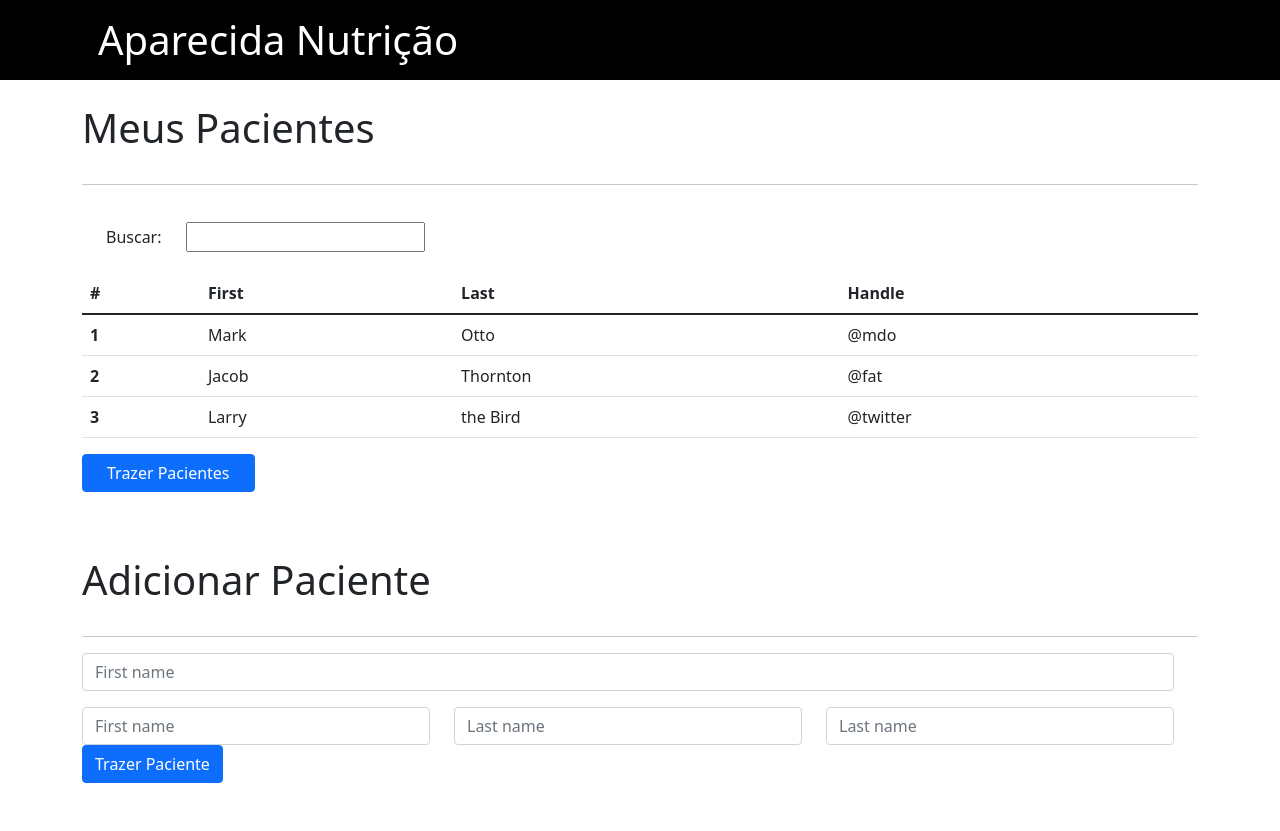
Repository: eversonps/app-paciente
Page: / (app in frontend/)
The author's editor kept a copy of each file at every save. The page is drawn from the files as they stood at one save, then again after the next save.
The browser window is 1280 px wide. The pictures show the whole page.
The project was rebuilt for these pictures with package versions that can differ from the ones it lists, and the page was loaded fresh each time.

Above is the page before, as saved 2022-03-28 14:40:15.

### frontend/src/index.js
import React from 'react';
import ReactDOM from 'react-dom';
import './index.css';
import App from './App';
import  '../node_modules/bootstrap/dist/css/bootstrap.min.css'

ReactDOM.render(
    <App />,
    document.getElementById('root')
);

### frontend/src/App.jsx
import Header from "./components/Header";
import MyPacients from "./components/MyPacients";
import Main from "./components/Main"
import AddPacient from "./components/AddPacient";

function App() {
  return (
    <div className="App">
        <Header></Header>
        <Main>
            <MyPacients></MyPacients>
            <AddPacient></AddPacient>
        </Main>
    </div>
  );
}

export default App;

### frontend/src/components/Header.jsx
import React from "react";

export default props => {
    return (
        <header className="bg-black">
            <div className="container">
                <h1 className="text-white p-3">Aparecida Nutrição</h1>
            </div>
        </header>
    )
}

### frontend/src/components/MyPacients.jsx
import React from "react";
import FilterPacients from "../Templates/FilterPacients";
import Table from "../Templates/Table";
import Title from "../Templates/Title";

export default props => (
    <div>
        <Title name="Meus Pacientes"></Title>

        <FilterPacients></FilterPacients>
        <Table></Table>
    </div>
)

### frontend/src/components/Main.jsx
import React from "react";

export default props => (
    <main className="container">
        {props.children}
    </main>
)

### frontend/src/components/AddPacient.jsx
import React from "react";
import FormPacients from "../Templates/FormPacients";
import Title from "../Templates/Title"
import Button from "../Templates/Button";

export default props => (
    <div className="py-5">
        <Title name="Adicionar Paciente"></Title>
        <FormPacients></FormPacients>
        <Button type="primary" name="Trazer Paciente"></Button>
    </div>
)

### frontend/src/Templates/FilterPacients.jsx
import React from "react";

export default props => (
    <div>
        <label className="m-4">Buscar: </label>
        <input type="text" />
    </div>
)

### frontend/src/Templates/Table.jsx
import React from "react";

export default props => (
    <div>
        <table class="table">
        <thead class="thead-dark">
            <tr>
            <th scope="col">#</th>
            <th scope="col">First</th>
            <th scope="col">Last</th>
            <th scope="col">Handle</th>
            </tr>
        </thead>
        <tbody>
            <tr>
            <th scope="row">1</th>
            <td>Mark</td>
            <td>Otto</td>
            <td>@mdo</td>
            </tr>
            <tr>
            <th scope="row">2</th>
            <td>Jacob</td>
            <td>Thornton</td>
            <td>@fat</td>
            </tr>
            <tr>
            <th scope="row">3</th>
            <td>Larry</td>
            <td>the Bird</td>
            <td>@twitter</td>
            </tr>
            </tbody>
        </table>
        <a class="btn btn-primary px-4" href="#" role="button">Trazer Pacientes</a>
    </div>

)

### frontend/src/Templates/Title.jsx
import React from "react";

export default props => (
    <div>
        <h1 className="pt-3 py-3">{props.name}</h1>
        <hr />
    </div>
)

### frontend/src/Templates/FormPacients.jsx
import React from "react";

export default props => (
    <form>
        <div className="row">
            <div className="row mb-3">
                <div className="col">
                    <input type="text" className="form-control" placeholder="First name" />
                </div>
            </div>
            <div className="row">
                <div className="col">
                    <input type="text" className="form-control" placeholder="First name" />
                </div>
                <div className="col">
                    <input type="text" className="form-control" placeholder="Last name" />
                </div>
                <div className="col">
                    <input type="text" className="form-control" placeholder="Last name" />
                </div>
            </div>
        </div>
    </form>
)

### frontend/src/Templates/Button.jsx
import React from "react";

export default props => (
    <button type="button" class={`btn btn-${props.type}`}>{props.name}</button>
)

Loaded but not shown: frontend/public/index.html (common file); frontend/src/index.css (common file)

After the next save:
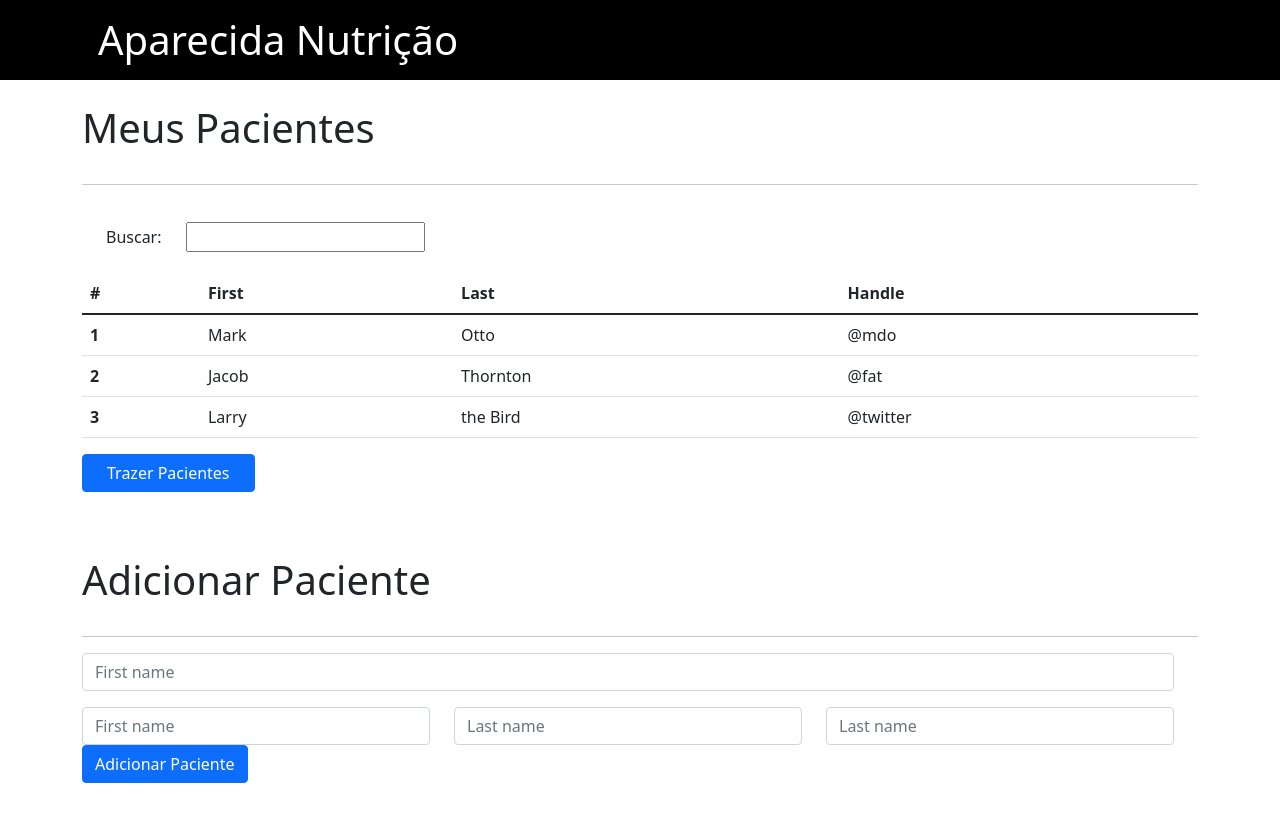
Saved 10 s later.
--- a/frontend/src/components/AddPacient.jsx
+++ b/frontend/src/components/AddPacient.jsx
@@ -7,6 +7,6 @@ export default props => (
     <div className="py-5">
         <Title name="Adicionar Paciente"></Title>
         <FormPacients></FormPacients>
-        <Button type="primary" name="Trazer Paciente"></Button>
+        <Button type="primary" name="Adicionar Paciente"></Button>
     </div>
 )
